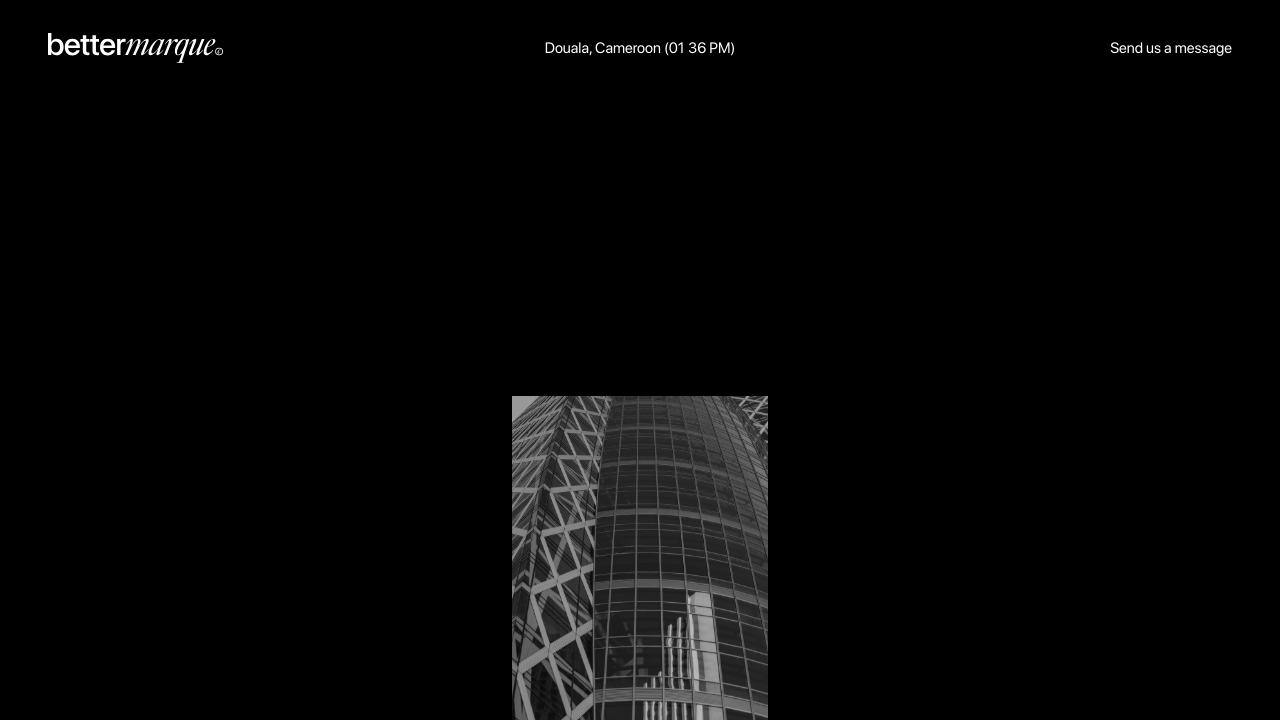
Repository: leswisss/comingsoon
Page: /
The author's editor kept a copy of each file at every save. The page is drawn from the files as they stood at one save, then again after the next save.
The browser window is 1280 px wide. The pictures show the whole page.
The project was rebuilt for these pictures with package versions that can differ from the ones it lists, and the page was loaded fresh each time. The framework's server and built-in components were replaced by stand-ins that run in the browser. Also part of the build but not shown: next.config.mjs.

Above is the page before, as saved 2024-06-18 13:49:39.

After the next save:
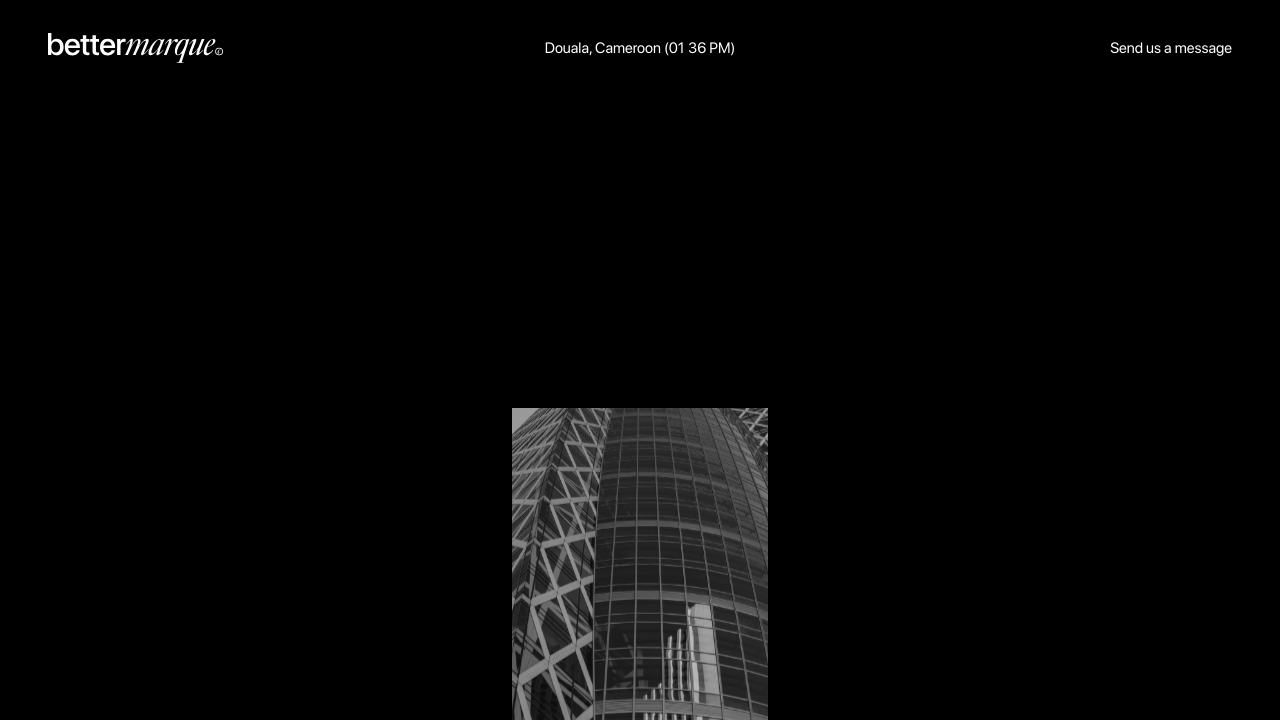
Saved 5 s later.
--- a/components/HeroSection.tsx
+++ b/components/HeroSection.tsx
@@ -35,7 +35,7 @@
 
     .to(sloganRef.current, {
       opacity: 0,
-
+      duration: 1
     })
 
     .to(heroRef.current, {
